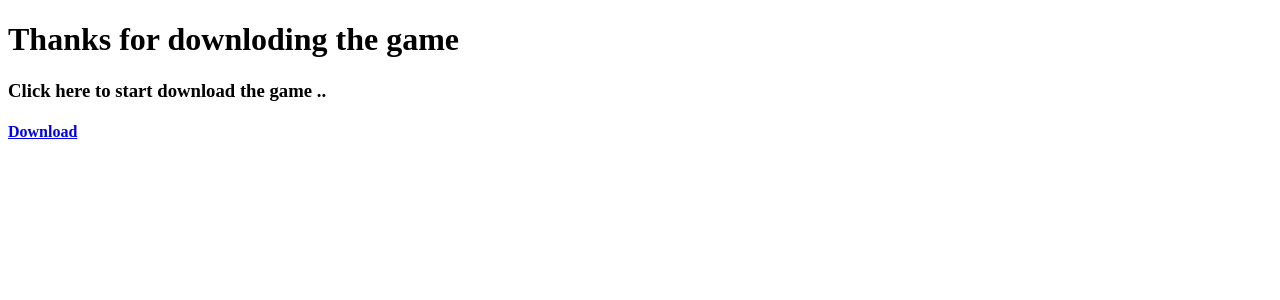
Repository: nimal96/Online-Gaming-Site---2nd-year-1st-semester-project
Page: http://localhost/project/paymentFinish.jsp
The author's editor kept a copy of each file at every save. The page is drawn from the files as they stood at one save, then again after the next save.
The browser window is 1280 px wide. The pictures show the whole page.
The page is served by Tomcat 9. Other server files are loaded and not shown.

Above is the page before, as saved 2018-05-19 09:28:46.

### project/WebContent/paymentFinish.jsp
<%@ page language="java" contentType="text/html; charset=ISO-8859-1"
    pageEncoding="ISO-8859-1"%>
<!DOCTYPE html PUBLIC "-//W3C//DTD HTML 4.01 Transitional//EN" "http://www.w3.org/TR/html4/loose.dtd">
<html>
<head>
<meta http-equiv="Content-Type" content="text/html; charset=ISO-8859-1">
<title>Thanks for downloading</title>
</head>
<h1> Thanks for downloding the game</h1>

<h3> Click here to start download the game ..</h3>

<h4><a href = "DownloadFile" > Download</a></h4>


<body>

</body>
</html>

After the next save:
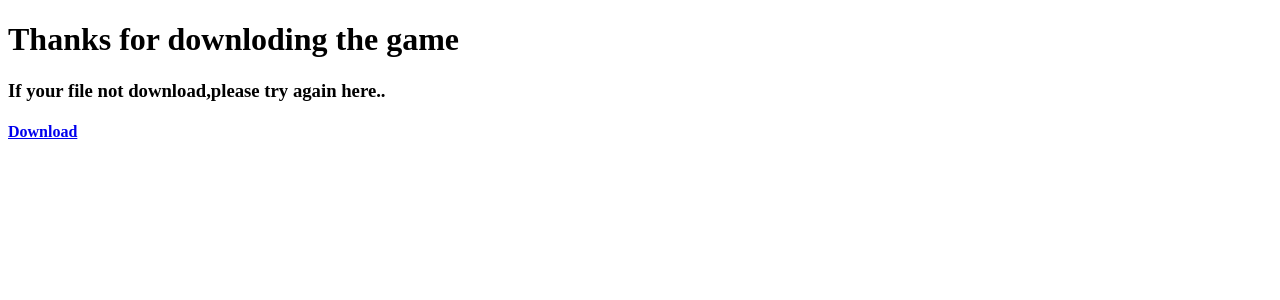
Saved 72 s later.
--- a/project/WebContent/paymentFinish.jsp
+++ b/project/WebContent/paymentFinish.jsp
@@ -8,7 +8,7 @@
 </head>
 <h1> Thanks for downloding the game</h1>
 
-<h3> Click here to start download the game ..</h3>
+<h3> If your file not download,please try again here..</h3>
 
 <h4><a href = "DownloadFile" > Download</a></h4>
 
